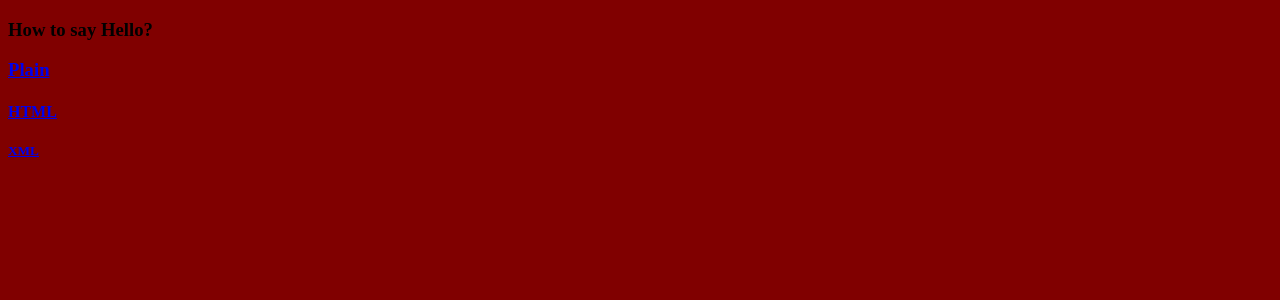
Repository: neera17/RESTfulWebService
Page: TribagoHotels/WebContent/index.html
The author's editor kept a copy of each file at every save. The page is drawn from the files as they stood at one save, then again after the next save.
The browser window is 1280 px wide. The pictures show the whole page.

Above is the page before, as saved 2019-07-24 12:13:28.

After the next save:
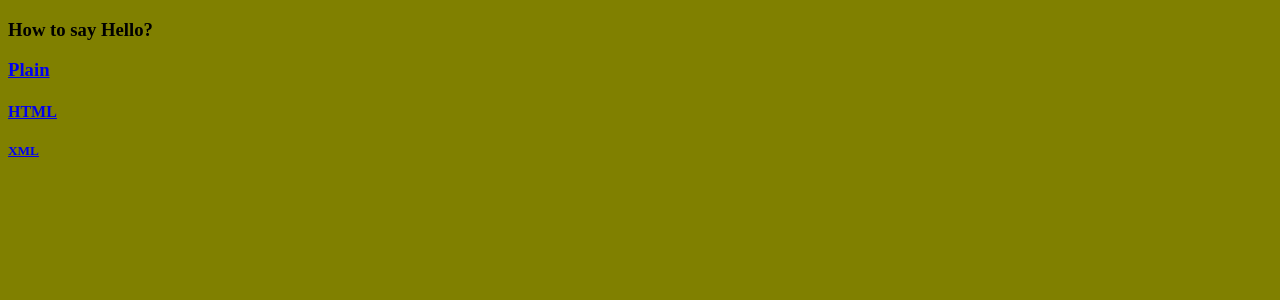
Saved 21 s later.
--- a/TribagoHotels/WebContent/index.html
+++ b/TribagoHotels/WebContent/index.html
@@ -7,7 +7,7 @@
 <style type="text/css">
 
 body {
-   background-color:maroon;
+   background-color:olive;
 }
 
 </style>
